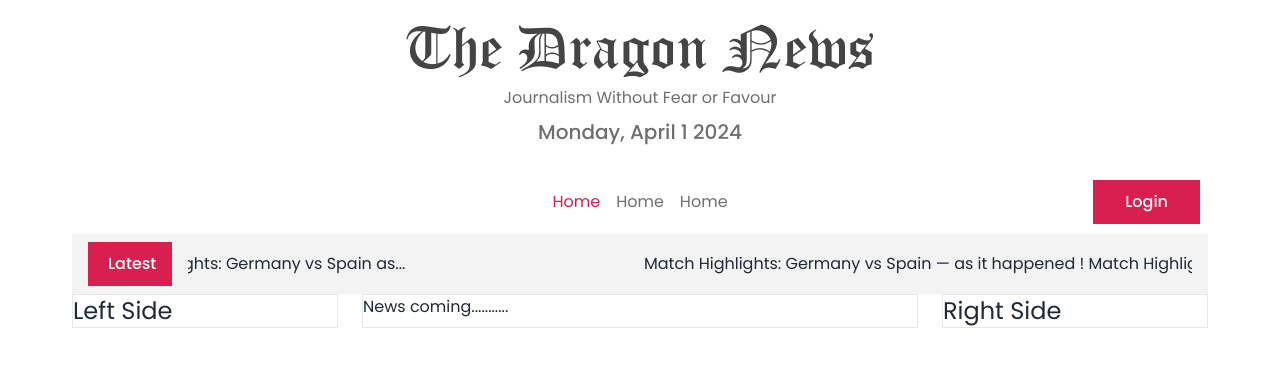
Repository: ShouravAhammed/react-dragon-news-auth
Page: /
An editor plug-in stored every save of this project. The page is shown before and after the next save, followed by the edit.
The browser window is 1280 px wide. The pictures show the whole page.
The project was rebuilt for these pictures with package versions that can differ from the ones it lists, and the page was loaded fresh each time. Also part of the build but not shown: vite.config.js, src/pages/About/About.jsx, src/pages/Career/Career.jsx.

Above is the page before, as saved 2024-04-13 03:21:28.

After the next save:
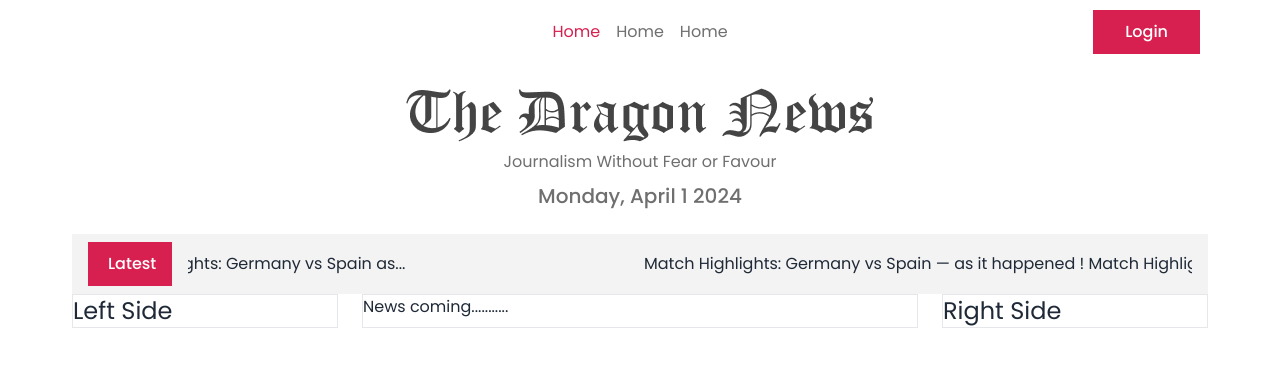
Saved 19 s later.
--- a/src/pages/Home/Home.jsx
+++ b/src/pages/Home/Home.jsx
@@ -8,8 +8,8 @@ import RightSideNav from "../Shared/RIghtSideNav/RightSideNav";
 const Home = () => {
     return (
         <div>
+            <Navbar></Navbar>
             <Header></Header>
-            <Navbar></Navbar>
             <BreakingNews></BreakingNews>
             <div className="grid grid-cols-1 md:grid-cols-4 gap-6">
                 <div className="col-span-1 border">
